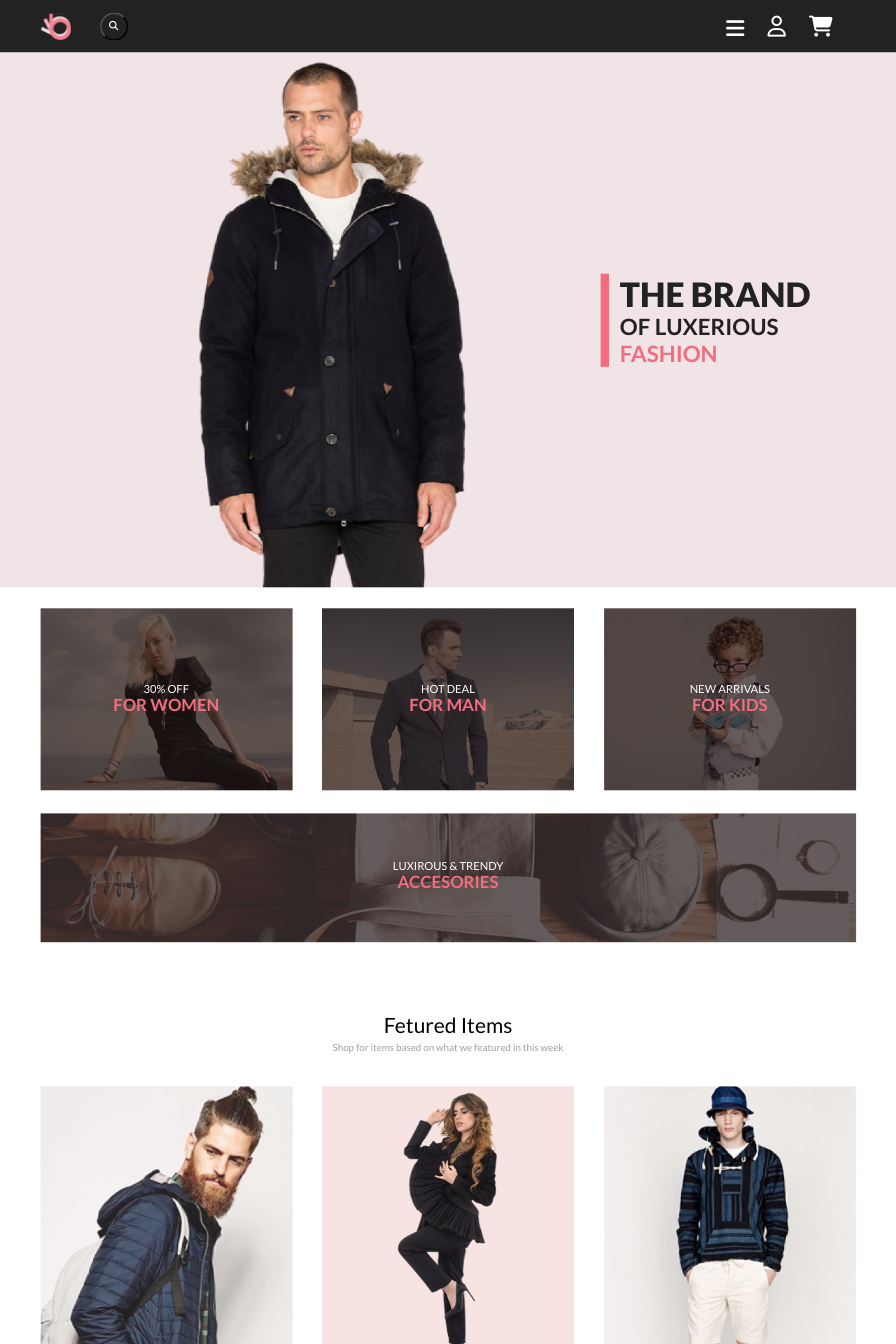
Repository: shtepaa/work-show-linkid
Page: les01/index.html
These files come from the project's save history. The page is drawn as it stood at one moment and after the next save; the edit follows.
The browser window is 1280 px wide. The pictures show the part of the page from y = 0 to 1920 px (the page is 3828 px tall), at 70% of full size.
Some web libraries are served in a nearby version. The style sheet was rebuilt from its Sass, Less or Tailwind sources for each picture, by a compiler version that may differ from the author's.

Above is the page before, as saved 2022-02-23 21:01:07.

### les01/index.html
<!DOCTYPE html>
<html lang="en">
  <head>
    <meta charset="UTF-8" />
    <meta http-equiv="X-UA-Compatible" content="IE=edge" />
    <meta name="viewport" content="width=device-width, initial-scale=1.0" />
    <script
      src="https://kit.fontawesome.com/39fc11746d.js"
      crossorigin="anonymous"
    ></script>
    <title>Brand</title>
    <link rel="shortcut icon" href="img/favicon.ico" type="image/x-icon" />

    <link rel="stylesheet" href="../index.css" />
    <link rel="preconnect" href="https://fonts.googleapis.com" />
    <link rel="preconnect" href="https://fonts.gstatic.com" crossorigin />
    <link
      href="https://fonts.googleapis.com/css2?family=Lato:wght@700;400;900&display=swap"
      rel="stylesheet"
    />
  </head>
  <body>
    <header>
      <div class="container">
        <nav>
          <div class="flex-left">
            <img src="img/logo.svg" alt="logo" />
            <form class="searchBox">
              <input
                class="searchInput"
                type="text"
                name="search"
                placeholder="Search"
              />
              <button class="searchButton">
                <i class="fa fa-search" aria-hidden="true"></i>
              </button>
            </form>
          </div>
          <div class="flex-right">
            <div class="mega-box">
              <div class="contact-img">
                <a href="#"> <i class="fa fa-bars" aria-hidden="true"></i></a>
              </div>
              <div class="mega-item">
                <div class="menu-box">
                  <h3 class="menu-box--style">
                    Menu <i class="fa fa-times" aria-hidden="true"></i>
                  </h3>
                </div>
                <details>
                  <summary>Man</summary>
                  <a class="mega-link" href="#">Accessories</a>
                  <a class="mega-link" href="#">Bags</a>
                  <a class="mega-link" href="#">Denim</a>
                  <a class="mega-link" href="#">T-Shirts</a>
                </details>
                <details>
                  <summary>WOMAN</summary>
                  <a class="mega-link" href="#">Accessories</a>
                  <a class="mega-link" href="#">Jackets & Coats</a>
                  <a class="mega-link" href="#">Polos</a>
                  <a class="mega-link" href="#">T-Shirts</a>
                </details>
                <details>
                  <summary>KIDS</summary>
                  <a class="mega-link" href="#">Accessories</a>
                  <a class="mega-link" href="#">Bags</a>
                  <a class="mega-link" href="#">Denim</a>
                  <a class="mega-link" href="#">T-Shirts</a>
                </details>
              </div>
            </div>
            <div class="contact-img">
              <a href="#"> <i class="fa fa-regular fa-user"></i> </a>
            </div>
            <div class="contact-img">
              <a href="#"> <i class="fa fal fa-shopping-cart"></i> </a>
            </div>
          </div>
        </nav>
      </div>
    </header>
    <!-- Второй блок -->
    <div class="header-section">
      <div class="container">
      <div class="header-cover">
        <div class="header-image">
          <img class="header-man" src="img/man-new.png" alt="man" />
        </div>
        <div class="header-title">
          <div class="pink-line">
            <div class="header-column">
              <h1 class="header-brand">The brand</h1>
              <h2 class="text-brand">
                of luxerious <span class="pink-word"> fashion</span>
              </h2>
            </div>
          </div>
        </div>
      </div>

    </div>

    <!-- Третий блок -->
    <div class="container">
      <section class="catalog-box">
        <div class="catalog-block">
          <div class="catalog-project">
            <a class="link-cataloge" href="catalog.html">
              <img
                class="catalog-image"
                src="img/catalog01.png"
                alt="catalog01"
              />
            </a>
            <div class="card-box">
              <a class="card-link" href="#">
                <div class="box-centre">
                  <h2 class="catalog__text">30% off</h2>
                  <span class="pink-word catalog-words"> for women</span>
                </div>
              </a>
            </div>
          </div>
          <div class="catalog-project">
            <a class="link-cataloge" href="catalog.html">
              <img
                class="catalog-image"
                src="img/catalog02.png"
                alt="catalog01"
            /></a>
            <div class="card-box">
              <a class="card-link" href="#">
                <div class="box-centre">
                  <h2 class="catalog__text">hot deal</h2>
                  <span class="pink-word catalog-words"> for man</span>
                </div>
              </a>
            </div>
          </div>
          <div class="catalog-project">
            <a class="link-cataloge" href="catalog.html">
              <img
                class="catalog-image"
                src="img/catalog03.png"
                alt="catalog01"
              />
            </a>
            <div class="card-box">
              <a class="card-link" href="#">
                <div class="box-centre">
                  <h2 class="catalog__text">new arrivals</h2>
                  <span class="pink-word catalog-words"> for kids</span>
                </div>
              </a>
            </div>
          </div>
        </div>
        <div class="catalog-project catalog-parent">
          <a class="link-cataloge" href="catalog.html">
            <img
              class="catalog-image"
              src="img/catalog04.png"
              alt="catalog01"
            />
          </a>
          <div class="card-box box-parent">
            <a class="card-link" href="#">
              <div class="box-centre">
                <h2 class="catalog__text">luxirous & trendy</h2>
                <span class="pink-word catalog-words"> accesories</span>
              </div>
            </a>
          </div>
        </div>
      </section>
    </div>
    <!-- Четвертый блок -->
    <section class="item-sec">
      <div class="container">
        <div class="item-texts">
          <h3 class="block-text--heading">Fetured Items</h3>
          <p class="block-text--section-text">
            Shop for items based on what we featured in this week
          </p>
        </div>
        <div class="item-box">
          <div class="item">
            <a class="item-link" href="product.html">
              <img class="item-pic" src="img/feat01.png" alt="product" />
              <div class="text-box">
                <p class="text-desc">ELLERY X M'O CAPSULE</p>
                <p class="text-midle">
                  Known for her sculptural takes on traditional tailoring,
                  Australian arbiter of cool Kym Ellery teams up with Moda
                  Operandi.
                </p>
                <p class="text-price">$52.00</p>
              </div>
            </a>
            <div class="cart-box">
              <a class="card-links" href="#">
                <img src="img/02shop.svg" alt="cart" />
                <p class="add-text">Add to Cart</p>
              </a>
            </div>
          </div>
          <div class="item">
            <a class="item-link" href="product.html">
              <img class="item-pic" src="img/feat02.png" alt="product" />
              <div class="text-box">
                <p class="text-desc">ELLERY X M'O CAPSULE</p>
                <p class="text-midle">
                  Known for her sculptural takes on traditional tailoring,
                  Australian arbiter of cool Kym Ellery teams up with Moda
                  Operandi.
                </p>
                <p class="text-price">$52.00</p>
              </div>
            </a>
            <div class="cart-box">
              <a class="card-links" href="#">
                <img src="img/02shop.svg" alt="cart" />
                <p class="add-text">Add to Cart</p>
              </a>
            </div>
          </div>
          <div class="item">
            <a class="item-link" href="product.html">
              <img class="item-pic" src="img/feat03.png" alt="product" />
              <div class="text-box">
                <p class="text-desc">ELLERY X M'O CAPSULE</p>
                <p class="text-midle">
                  Known for her sculptural takes on traditional tailoring,
                  Australian arbiter of cool Kym Ellery teams up with Moda
                  Operandi.
                </p>
                <p class="text-price">$52.00</p>
              </div>
            </a>
            <div class="cart-box">
              <a class="card-links" href="#">
                <img src="img/02shop.svg" alt="cart" />
                <p class="add-text">Add to Cart</p>
              </a>
            </div>
          </div>
          <div class="item">
            <a class="item-link" href="product.html">
              <img class="item-pic" src="img/feat04.png" alt="product" />
              <div class="text-box">
                <p class="text-desc">ELLERY X M'O CAPSULE</p>
                <p class="text-midle">
                  Known for her sculptural takes on traditional tailoring,
                  Australian arbiter of cool Kym Ellery teams up with Moda
                  Operandi.
                </p>
                <p class="text-price">$52.00</p>
              </div>
            </a>
            <div class="cart-box">
              <a class="card-links" href="#">
                <img src="img/02shop.svg" alt="cart" />
                <p class="add-text">Add to Cart</p>
              </a>
            </div>
          </div>
          <div class="item">
            <a class="item-link" href="product.html">
              <img class="item-pic" src="img/feat05.png" alt="product" />
              <div class="text-box">
                <p class="text-desc">ELLERY X M'O CAPSULE</p>
                <p class="text-midle">
                  Known for her sculptural takes on traditional tailoring,
                  Australian arbiter of cool Kym Ellery teams up with Moda
                  Operandi.
                </p>
                <p class="text-price">$52.00</p>
              </div>
            </a>
            <div class="cart-box">
              <a class="card-links" href="#">
                <img src="img/02shop.svg" alt="cart" />
                <p class="add-text">Add to Cart</p>
              </a>
            </div>
          </div>
          <div class="item">
            <a class="item-link" href="product.html">
              <img class="item-pic" src="img/feat06.png" alt="product" />
              <div class="text-box">
                <p class="text-desc">ELLERY X M'O CAPSULE</p>
                <p class="text-midle">
                  Known for her sculptural takes on traditional tailoring,
                  Australian arbiter of cool Kym Ellery teams up with Moda
                  Operandi.
                </p>
                <p class="text-price">$52.00</p>
              </div>
            </a>
            <div class="cart-box">
              <a class="card-links" href="#">
                <img src="img/02shop.svg" alt="cart" />
                <p class="add-text">Add to Cart</p>
              </a>
            </div>
          </div>
        </div>
      </div>

      <div class="but-box">
        <a class="but-links" href="#">
          <p class="button-text">Browse All Product</p>
        </a>
      </div>
    </section>

    <div class="section-icons">
      <div class="container wrapper-icons">
        <div class="first-icons">
          <img class="car-icons" src="img/car.svg" alt="car"/>
          <h3 class="car-icons--text">Free Delivery</h3>
          <p class="car-icons--context">
            Worldwide delivery on all. Authorit tively morph next-generation
            innov tion with extensive models.
          </p>
        </div>
        <div class="first-icons">
          <img class="car-icons" src="img/discount.svg" alt="discount"/>
          <h3 class="car-icons--text">Sales & discounts</h3>
          <p class="car-icons--context">
            Worldwide delivery on all. Authorit tively morph next-generation
            innov tion with extensive models.
          </p>
        </div>
        <div class="first-icons">
          <img class="car-icons" src="img/corona.svg" alt="corona"/>
          <h3 class="car-icons--text">Quality assurance</h3>
          <p class="car-icons--context">
            Worldwide delivery on all. Authorit tively morph next-generation
            innov tion with extensive models.
          </p>
        </div>
      </div>
    </div>

    <div class="quotes-section">
      <div class="container">
        <div class="wrap-quotes">
          <div class="figure-box">
            <!-- <figure>
              <img class="figure-image" src="img/author.png" alt="author"/>

              <figcaption>
                “Vestibulum quis porttitor dui! Quisque viverra nunc mi, a
                pulvinar purus condimentum“
              </figcaption>
            </figure> -->
            <div class="picture">
              <img src="img/author.png" alt="lady">
            </div>
          </div>
          <div class="figure-box enter-mail">
            <h1 class="subscribe">SUBSCRIBE</h1>
            <h2 class="promotion">FOR OUR NEWLETTER AND PROMOTION</h2>
            <div class="subscribe-wrapper">
              <input
                type="email"
                name="email"
                class="subscribe-input"
                placeholder="Enter Your Email"
              />
              <div class="submit-btn">SUBMIT</div>
            </div>
          </div>
        </div>
      </div>
    </div>

    <!-- Footer -->
    <footer>
      <div class="container">
        <div class="footer-contant">
          <div class="copy-righ">
            <span class="copy-text">© 2021 Brand All Rights Reserved.</span>
          </div>
          <div class="networks">
            <div class="insta networks-fig">
              <a
                class="link-netw"
                href="https://facebook.com/username"
                target="_blank"
              >
                <i class="fa fa-brands fa-facebook-f"></i>
              </a>
            </div>
            <div class="insta insta-fig">
              <a
                class="link-netw"
                href="https://facebook.com/username"
                target="_blank"
              >
                <i class="fa fa-brands fa-instagram"></i>
              </a>
            </div>
            <div class="insta pint-fig">
              <a
                class="link-netw"
                href="https://facebook.com/username"
                target="_blank"
              >
                <i class="fa fa-brands fa-pinterest-p"></i>
              </a>
            </div>
            <div class="insta twit-fig">
              <a
                class="link-netw"
                href="https://facebook.com/username"
                target="_blank"
              >
                <i class="fa fa-brands fa-twitter"></i>
              </a>
            </div>
          </div>
        </div>
      </div>
    </footer>
  </body>
</html>

### les01/styles/_variables.scss
$c-black:#222;
$c-pink:#f16d7f;
$c-grey:#6f6e6e;
$c-dr-blue:#2f3640;
$c-white:white;
$c-ligth-grey:#9f9f9f;
$c-norm-grey:#5d5d5d;
$c-rosa:#ff6a6a;
$c-light:#fbfbfb;
$c-dark:#222224;
$c-lit-white:#e1e1e1;
$bck-col-black: #222;
$bck-col-dr-white: #f1e4e6;
$bck-col-white: #fff;
$bck-col-dark:#222224;
$bck-col-pink:#e05c6e;
$col-hex:#F8F3F4;
$c-bread:#636363;
$c-border:#EF5B70;
$c-pagin:#EBEBEB;
$slide-c:#F7F7F7;
$slide-back:rgba(42, 42, 42, 0.15);
$bord-colect:#EAEAEA;
$c-gravy:#4D4D4D;
$c-stone:#5E5E5E;

Loaded but not shown: les01/img/car.svg (3 lines, source omitted); les01/styles/index.scss (1016 lines, source omitted)

After the next save:
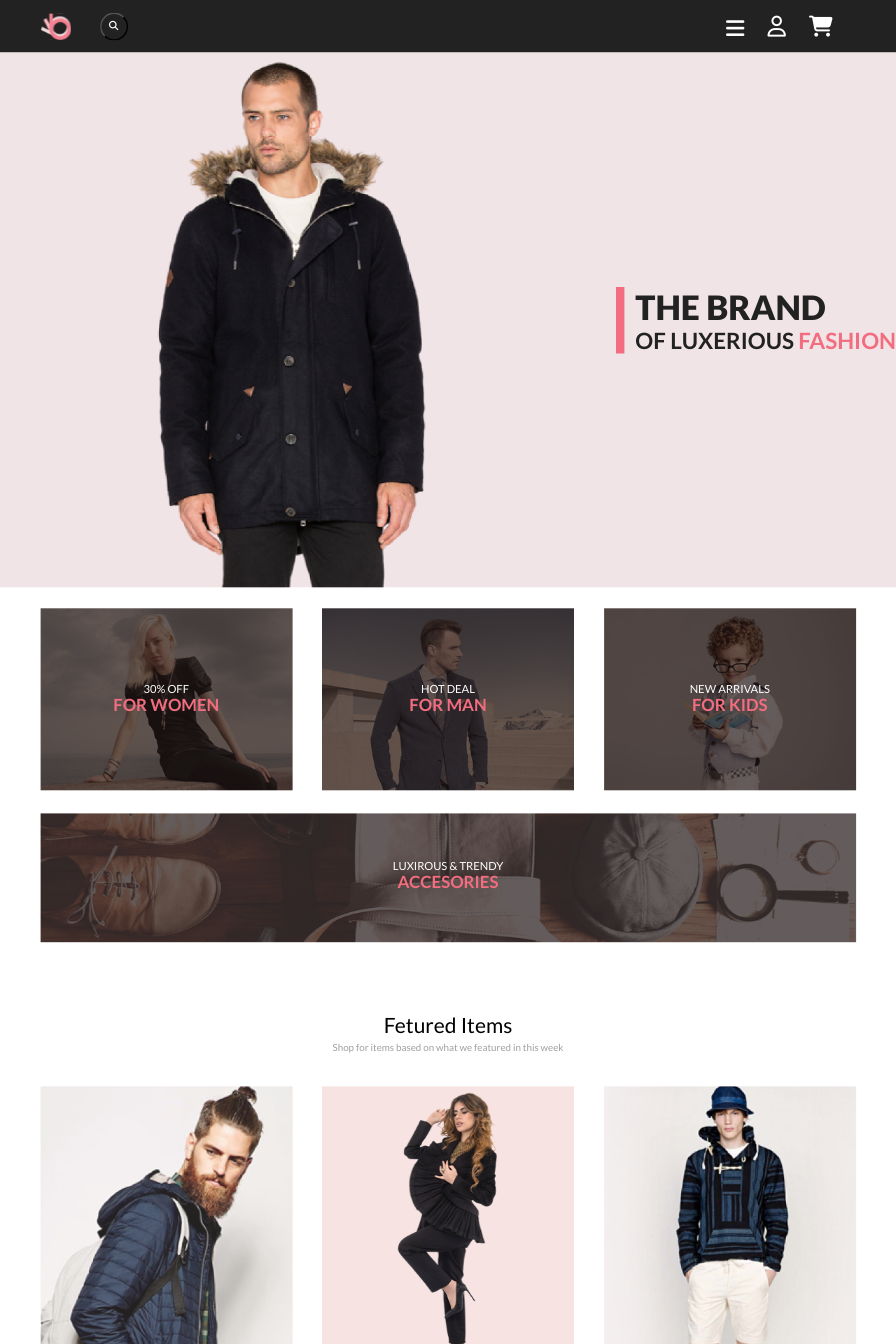
Saved 5 s later.
--- a/les01/index.html
+++ b/les01/index.html
@@ -83,7 +83,7 @@
     </header>
     <!-- Второй блок -->
     <div class="header-section">
-      <div class="container">
+
       <div class="header-cover">
         <div class="header-image">
           <img class="header-man" src="img/man-new.png" alt="man" />
